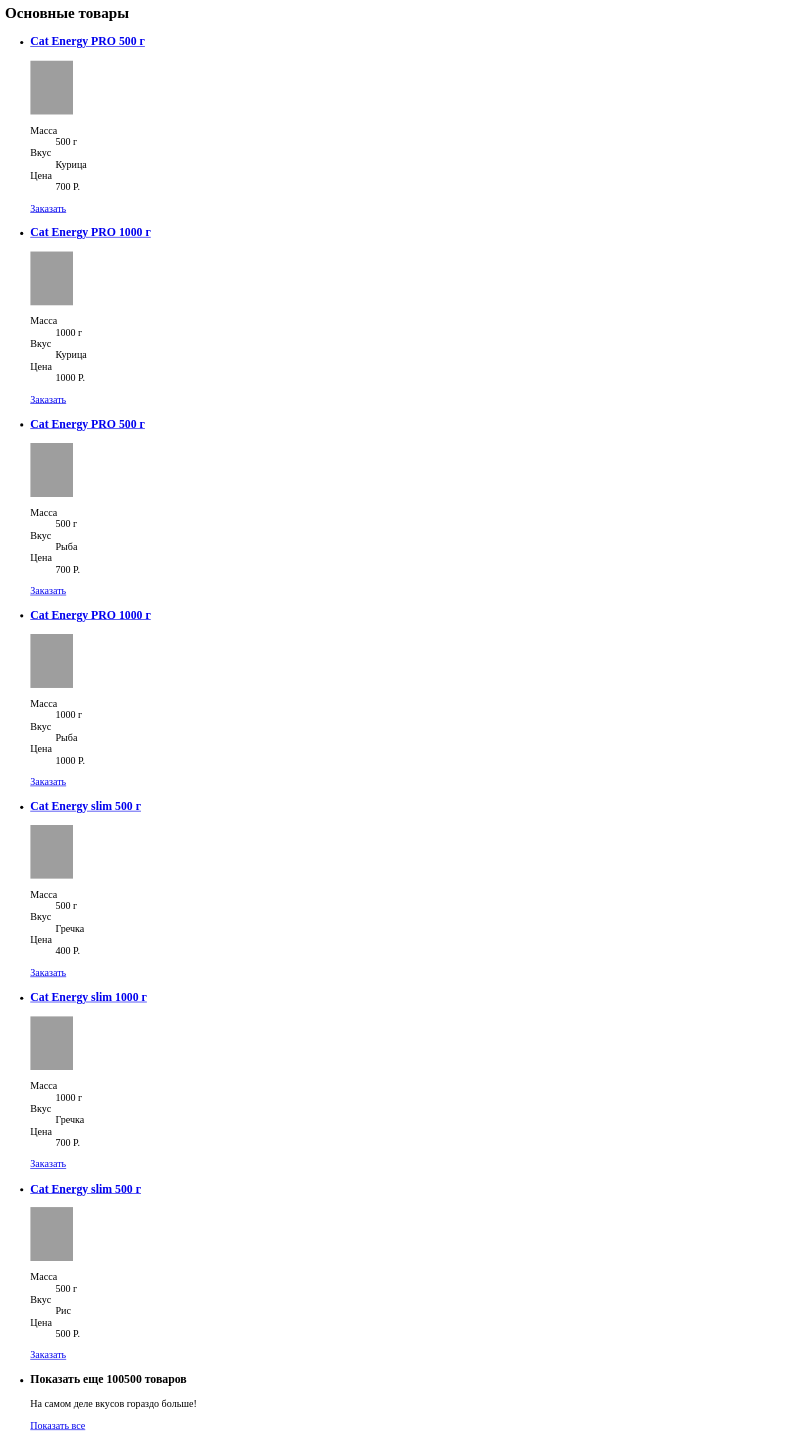
Repository: Insolent13/functional-food-for-cats
Page: src/html/blocks/products.html
These files come from the project's save history. The page is drawn as it stood at one moment and after the next save; the edit follows.
The browser window is 1280 px wide. The pictures show the whole page, at 63% of full size.
Pictures or frames that could not be fetched are drawn as grey boxes.

Above is the page before, as saved 2024-08-14 02:38:05.

After the next save:
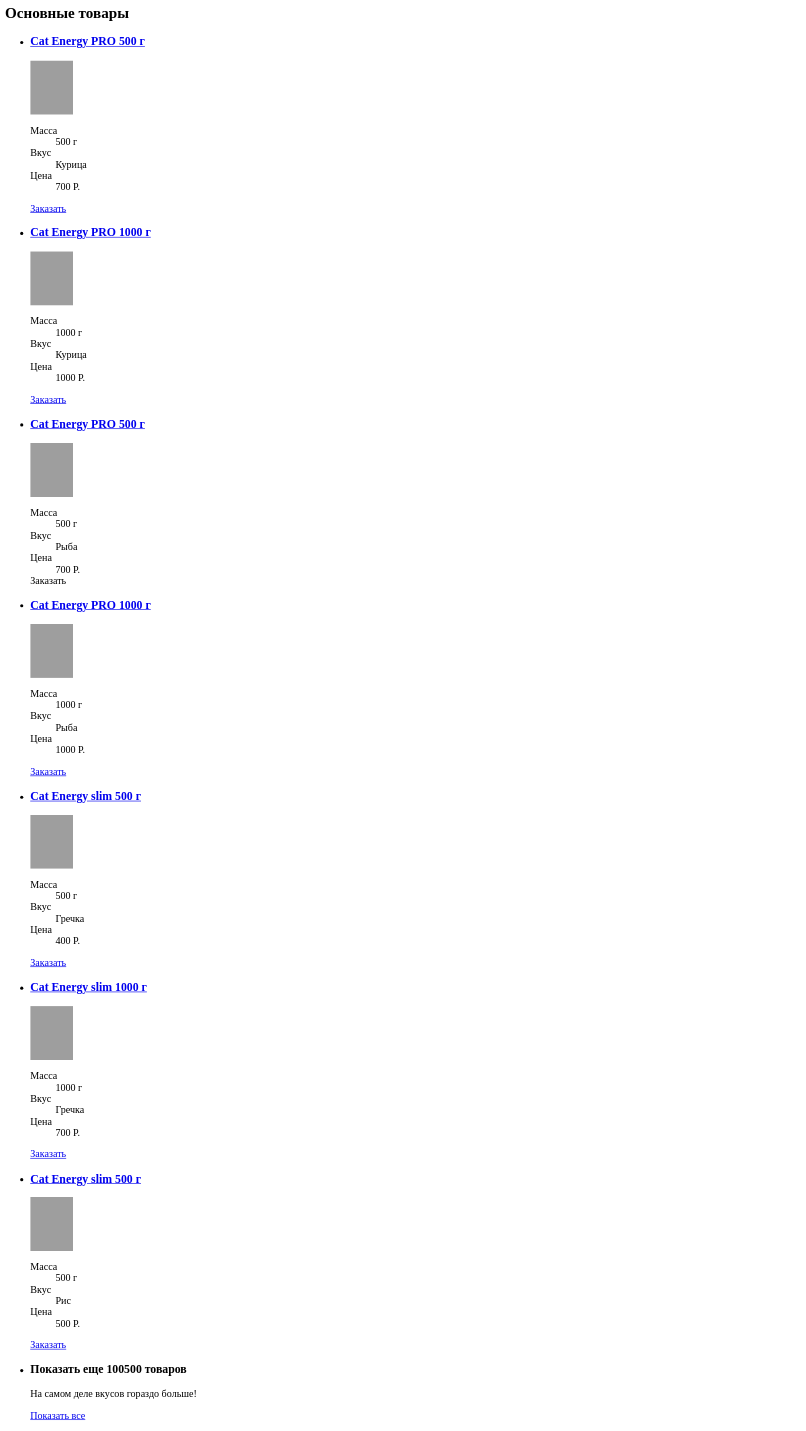
Saved 4 s later.
--- a/src/html/blocks/products.html
+++ b/src/html/blocks/products.html
@@ -90,8 +90,7 @@
                         <dt class="card__term">Цена</dt>
                         <dd class="card__desc">700 Р.</dd>
                     </div>
-                </dl>
-          <a class="card__button button" href="#">Заказать</a>
+                </dl<a class="card__button button" href="#">Заказать</a>
         </div>
       </li>
       <!-- 4-я карточка -->

After the 3 saves that followed:
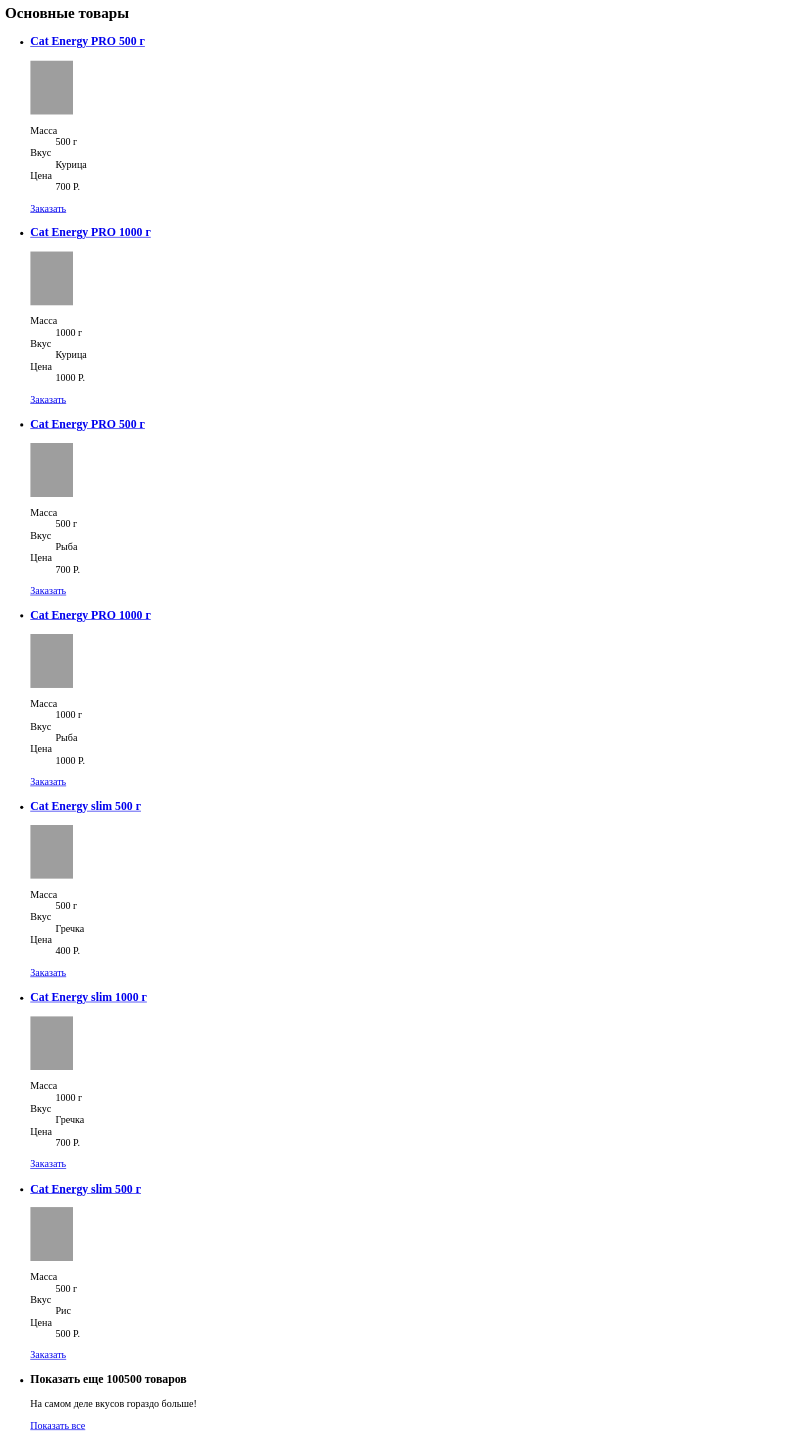
The 3 saves are shown as one change because they came seconds apart.
The last was saved 10 s later.
--- a/src/html/blocks/products.html
+++ b/src/html/blocks/products.html
@@ -90,8 +90,9 @@
                         <dt class="card__term">Цена</dt>
                         <dd class="card__desc">700 Р.</dd>
                     </div>
-                </dl<a class="card__button button" href="#">Заказать</a>
-        </div>
+                </dl>
+                <a class="card__button button" href="#">Заказать</a>
+            </div>
       </li>
       <!-- 4-я карточка -->
       <li class="products__item">
